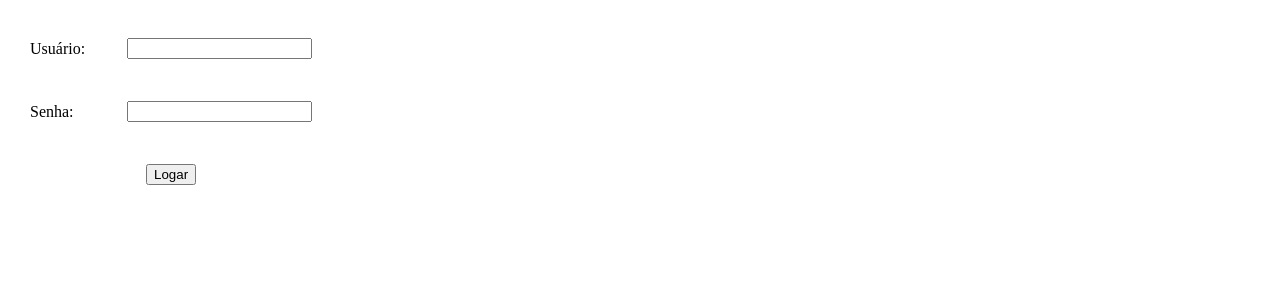
Repository: leonerdy-666/Estudos
Page: http://localhost/SistemaLogin/login.jsp
These files come from the project's save history. The page is drawn as it stood at one moment and after the next save; the edit follows.
The browser window is 1280 px wide. The pictures show the whole page.
The page is served by Tomcat 9.

Above is the page before, as saved 2016-06-02 20:55:00.

After the next save:
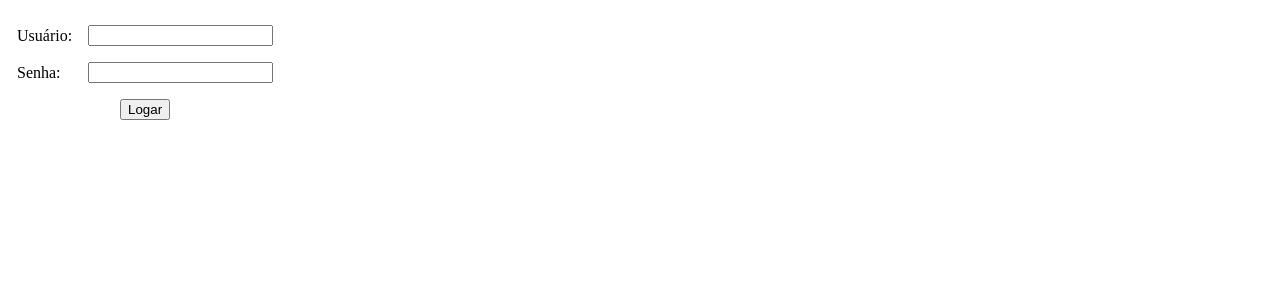
Saved 14 s later.
--- a/Udemy/java/JavaWeb1/Sistema/Workspace/SistemaLogin/WebContent/login.jsp
+++ b/Udemy/java/JavaWeb1/Sistema/Workspace/SistemaLogin/WebContent/login.jsp
@@ -9,7 +9,7 @@
 <body>
 <form action="login" method="post">
 <p align="center">
-<table cellpadding="20">
+<table cellpadding="7">
 <tr>
 <td>Usuário: </td><td><input type="text" name="txtUsuario"/> </td>
 </tr>
